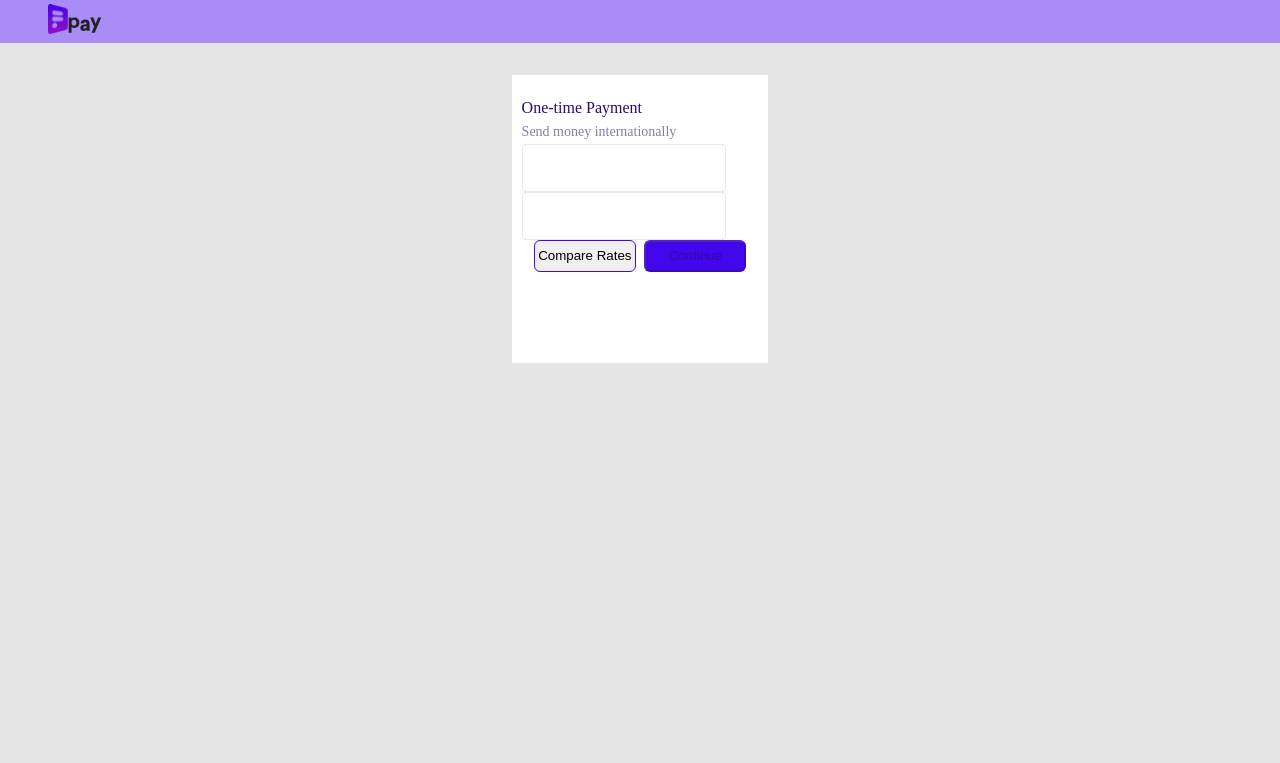
Repository: nilesjamex/fincra
Page: /
An editor plug-in stored every save of this project. The page is shown before and after the next save, followed by the edit.
The browser window is 1280 px wide. The pictures show the whole page.
The project was rebuilt for these pictures with package versions that can differ from the ones it lists, and the page was loaded fresh each time. The framework's server and built-in components were replaced by stand-ins that run in the browser. Also part of the build but not shown: next.config.js.

Above is the page before, as saved 2021-11-01 15:16:33.

### pages/index.js
import Head from 'next/head'
import Image from 'next/image'
import styles from '../styles/Home.module.css'
import Pay from "../Components/pay.js"
import StepContextProvider from './../Contexts/StepContext';
import Main from './../Layout/main.js'

export default function Home() {
  return (
    <div className={styles.container}>
      <Head>
        <title>Fincra Pay</title>
        <meta name="description" content="Generated by create next app" />
        <link rel="icon" href="/favicon.ico" />
      </Head>


        <Main>
        <StepContextProvider>
        <Pay />
        </StepContextProvider>
        </Main>

    </div>
  )
}

### styles/globals.css
html,
body {
  font-family: -apple-system, BlinkMacSystemFont, Segoe UI, Roboto, Oxygen,
    Ubuntu, Cantarell, Fira Sans, Droid Sans, Helvetica Neue, sans-serif;
}

a {
  color: inherit;
  text-decoration: none;
}

* {
  box-sizing: border-box;
  padding: 0;
  margin: 0;
}

### styles/Home.module.css
.container {
  padding: 0 0rem;
}

### Components/pay.js
import React, {useState, useContext} from 'react'
import { StepContext } from './../Contexts/StepContext';
import styles from './pay.module.css'
const Pay = () => {
    // state to control button disabling
    const [enable, setEnable] = useState(true)

    // context to move through stages
   const {steps, front, back} = useContext(StepContext)


     // onclick functions
     const compare = (e) => {
         e.preventDefault();
         setEnable(false)
     }

     const step2 = (e) => {
         e.preventDefault();
         front();
     }



    switch (steps) {
        case 1:
            return (
                <div className={styles.move}>

        <div className={styles.container}>
        <div className={styles.paymentText}>
        <h2 className={styles.paymentTextMain}>One-time Payment</h2>
        <p className={styles.paymentTextSub}>Send money internationally</p>
        </div>

        <form  onSubmit={step2}>
        <input className={styles.paymentinfo} type="text" name="" id="" />
        <input className={styles.paymentinfo} type="text" name="" id="" readOnly />
         <button className={styles.compare} onClick={compare}> Compare Rates</button>
          <button type="submit" className={styles.continue} disabled={enable}> Continue </button>
        </form>
        </div>
        </div>
    );
     case 2:
            return (
         <div className={styles.move}>

        <div className={styles.container}>
        <div className={styles.paymentText}>
        <h2 className={styles.paymentTextMain}>Your Recipient</h2>
        <p className={styles.paymentTextSub}>Who are you sending money to?</p>
        </div>

        <form action="submit">
        <div>
        <div className={styles.payinfo}>
        <label> Their email (optional)</label>
        <input className={styles.paymentinfo} type="text" name="" id="" />
        </div>
        <div>
        <label> Full name of the account holder</label>
        <input className={styles.paymentinfo} type="text" name="" id="" />
        </div>
        </div>
          <button className={styles.continue} onClick={(e) => front()} disabled={enable}> Continue </button>
        </form>
        </div>
        </div>
    );
     case 3:
            return (
        <div>

        </div>
    );
     case 4:
            return (
        <div>

        </div>
    );
    }

}

export default Pay;

### Contexts/StepContext.js
import React, {useState, createContext} from 'react';

export const StepContext = createContext()

const StepContextProvider = (props) => {
    const [steps, setSteps] = useState(1);

    const front = () => {
        setSteps(steps + 1)
    }

    const back = () => {
        setSteps(steps - 1)
    }
    return (
        <StepContext.Provider value={{steps, front, back}}>
            {props.children}
        </StepContext.Provider>
    )
}

export default StepContextProvider;

### Layout/main.js
import React from 'react'
import Header from './header.js'
import styles from './main.module.css'

const Main = (props) => {
    return (
        <div>
          <Header />
          <div className={styles.container}>
          {props.children}
          </div>
        </div>
    )
}

export default Main;

### Components/pay.module.css
.move {
    display: flex;
    justify-content: center;
    text-align: center;
}
.container {
    background-color: #FFF;
    text-align: center;
    width: 20vw;
    height: 40vh;
    margin-top: 2rem;
}
.paymentText {
    text-align: left;
    margin-top: 1.3rem;
    margin-left: 0.6rem;
}
.paymentTextMain {
    font-family: Sailec;
    font-style: normal;
    font-weight: normal;
    font-size: 16px;
    line-height: 24px;
    color: #2C0C6A;
}
.paymentTextSub {
    font-family: Sailec;
    font-style: normal;
    font-weight: normal;
    font-size: 14px;
    line-height: 24px;
    color: #877E9E;
}
.paymentinfo {
    display: block;
    margin: 0rem 0 0rem 0.6rem;
    height: 3rem;
    width: 80%;
    border: 1px solid #E8E8E8;
    box-sizing: border-box;
    border-radius: 4px;
    justify-content: center;
}
.compare {
    height: 2rem;
    width: 40%;
    border: 1px solid #4305EB;
    box-sizing: border-box;
    border-radius: 6px;
    margin-right: 0.5rem;
}
.continue {
    height: 2rem;
    width: 40%;
    background: #4305EB;
    border-radius: 6px;
}

### Layout/header.js
import React from 'react'
import styles from './header.module.css'
import Image from 'next/image'

const header = () => {
    return (
        <nav className={styles.navbar}>
        <div className={styles.fincra}>
        <h3>
        <Image src="/../public/Images/logo.png" alt="logo" height="30px" width="20px" />
        <Image src="/../public/Images/p.svg" alt="logo" height="17.77px" width="12.47px" />
        <Image src="/../public/Images/a.svg" alt="logo" height="17.77px" width="10.26px"/>
        <Image src="/../public/Images/y.svg" alt="logo" height="17.77px" width="12.91px" /></h3>
        </div>
        </nav>
    )
}

export default header

### Layout/main.module.css
.container {
    width: 100vw;
    height: 100vh;
    margin-top: 0rem;
    background-color: #E5E5E5;
}

### Layout/header.module.css
.navbar {
    height: 6vh;
    background-color: #A98CF6;
    display: flex;
    align-items: center;
}
.fincra h3 {
    margin-left: 3rem;
    color: #222222;
    font-size: 1.4rem;
}

Loaded but not shown: pages/_app.js (common file)

After the next save:
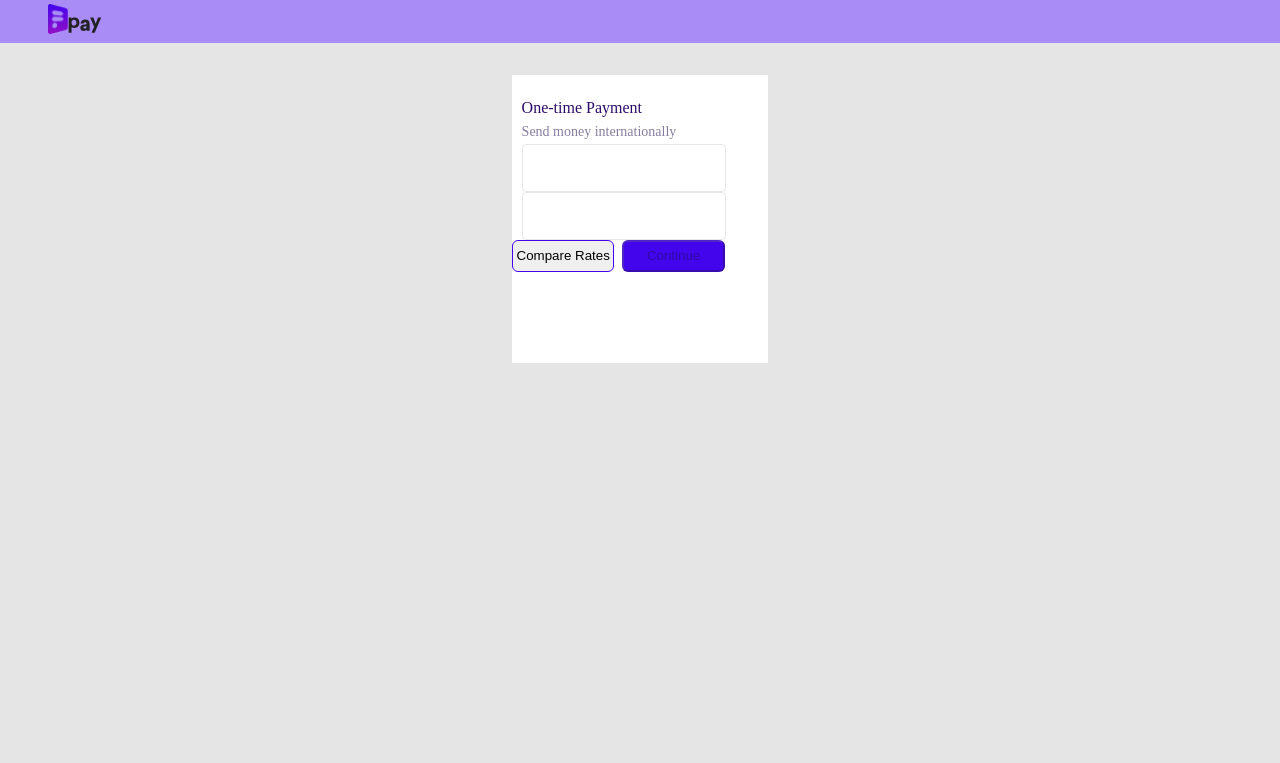
Saved 56 s later.
--- a/Components/pay.module.css
+++ b/Components/pay.module.css
@@ -5,7 +5,7 @@
 }
 .container {
     background-color: #FFF;
-    text-align: center;
+    text-align: left;
     width: 20vw;
     height: 40vh;
     margin-top: 2rem;
@@ -31,6 +31,9 @@
     line-height: 24px;
     color: #877E9E;
 }
+.payinfo label {
+
+}
 .paymentinfo {
     display: block;
     margin: 0rem 0 0rem 0.6rem;
